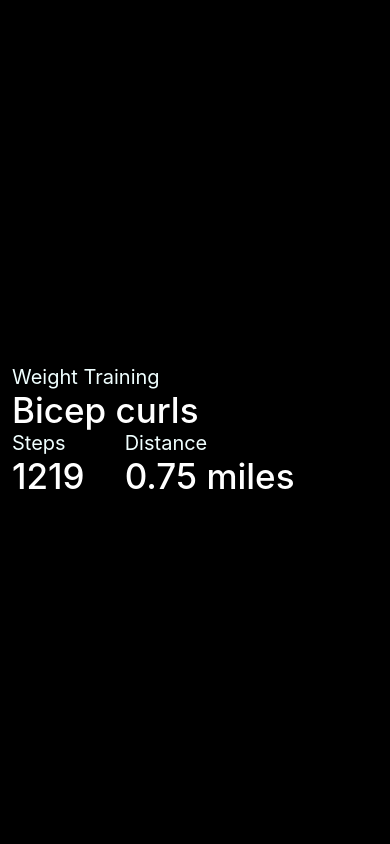
Repository: JamesPesenti/JiMTracker
Screen: /
An editor plug-in stored every save of this project. The screen is shown before and after the next save, followed by the edit.
The app was drawn by React Native's web renderer in a window 390 px wide. The project was rebuilt for these pictures with package versions that can differ from the ones it lists, and the page was loaded fresh each time.

Above is the screen before, as saved 2023-06-16 10:42:24.

### App.tsx
import { StatusBar } from 'expo-status-bar';
import { StyleSheet, Text, View } from 'react-native';

export default function App() {
  return (
    <View style={styles.container}>
      <Text>JIMtracker</Text>
          {/* Training */}
           <View style={styles.valueContainer}>
              <Text style={styles.label}>Weight Training</Text>
              <Text style={styles.amount}>Bicep curls</Text>
          </View>

        <View style={{flexDirection: 'row'}}>
          {/* Steps */}
          <View style={styles.valueContainer}>
              <Text style={styles.label}>Steps</Text>
              <Text style={styles.amount}>1219</Text>
          </View>
          {/* Distance */}
          <View style={styles.valueContainer}>
              <Text style={styles.label}>Distance</Text>
              <Text style={styles.amount}>0.75 miles</Text>
          </View>
        </View>
      <StatusBar style="auto" />
    </View>
  );
}

const styles = StyleSheet.create({
  container: {
    flex: 1,
    backgroundColor: 'black',
    justifyContent: 'center',
    padding: 12,
    marginHorizontal: 0
  },
  valueContainer: {
    color: "white",
    marginRight: 40
  },
  label: {
    color: "azure",
    fontSize: 20
  },
  amount: {
    color: "white",
    fontSize: 35,
    fontWeight: "500"
  }
});

After the next save:
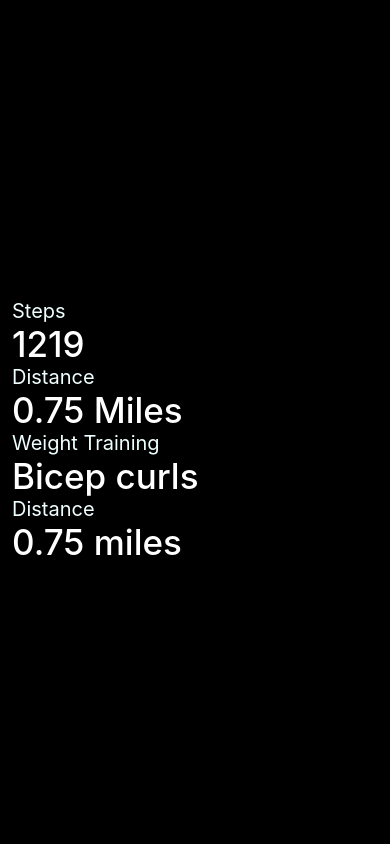
Saved 52 min 36 s later.
--- a/App.tsx
+++ b/App.tsx
@@ -1,10 +1,24 @@
 import { StatusBar } from 'expo-status-bar';
 import { StyleSheet, Text, View } from 'react-native';
+
+const Value = ({ label, value }) => {
+  return (
+    <>
+     <View style={styles.valueContainer}>
+      <Text style={styles.label}>{label}</Text>
+      <Text style={styles.amount}>{value}</Text>
+     </View>
+    </>
+  )
+}
+
 
 export default function App() {
   return (
     <View style={styles.container}>
       <Text>JIMtracker</Text>
+        <Value label="Steps" value="1219" />
+        <Value label="Distance" value="0.75 Miles" />
           {/* Training */}
            <View style={styles.valueContainer}>
               <Text style={styles.label}>Weight Training</Text>
@@ -12,11 +26,6 @@ export default function App() {
           </View>
 
         <View style={{flexDirection: 'row'}}>
-          {/* Steps */}
-          <View style={styles.valueContainer}>
-              <Text style={styles.label}>Steps</Text>
-              <Text style={styles.amount}>1219</Text>
-          </View>
           {/* Distance */}
           <View style={styles.valueContainer}>
               <Text style={styles.label}>Distance</Text>
